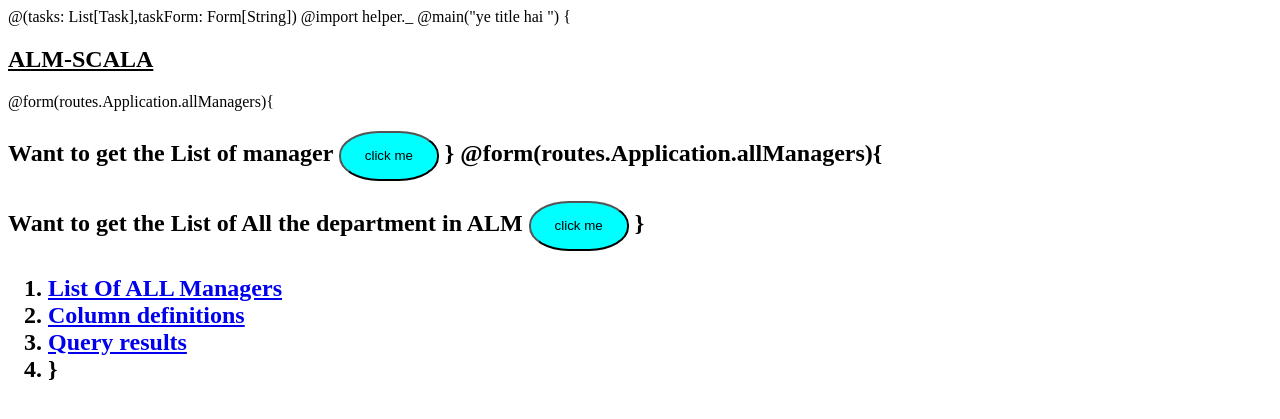
Repository: sumitkum200690/PLAY_SLICK
Page: Play_DB/app/views/index.scala.html
The author's editor kept a copy of each file at every save. The page is drawn from the files as they stood at one save, then again after the next save.
The browser window is 1280 px wide. The pictures show the whole page.

Above is the page before, as saved 2015-09-21 13:35:42.

After the next save:
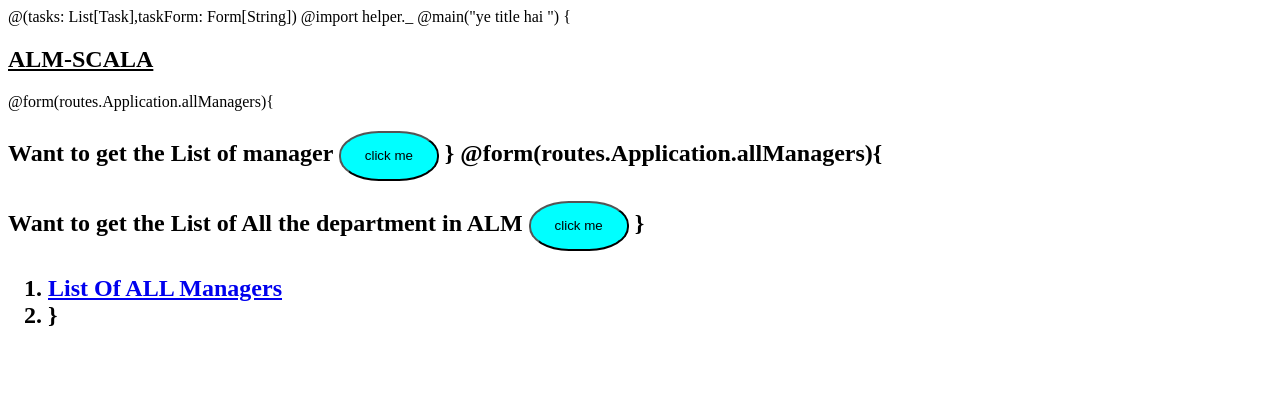
Saved 21 s later.
--- a/Play_DB/app/views/index.scala.html
+++ b/Play_DB/app/views/index.scala.html
@@ -24,8 +24,7 @@
 
 
 
-  <li><a href="@routes.Application.columnDefinitions">Column definitions</a></li>
-  <li><a href="@routes.Application.query">Query results</a></li>
+
   <li>
 
 
